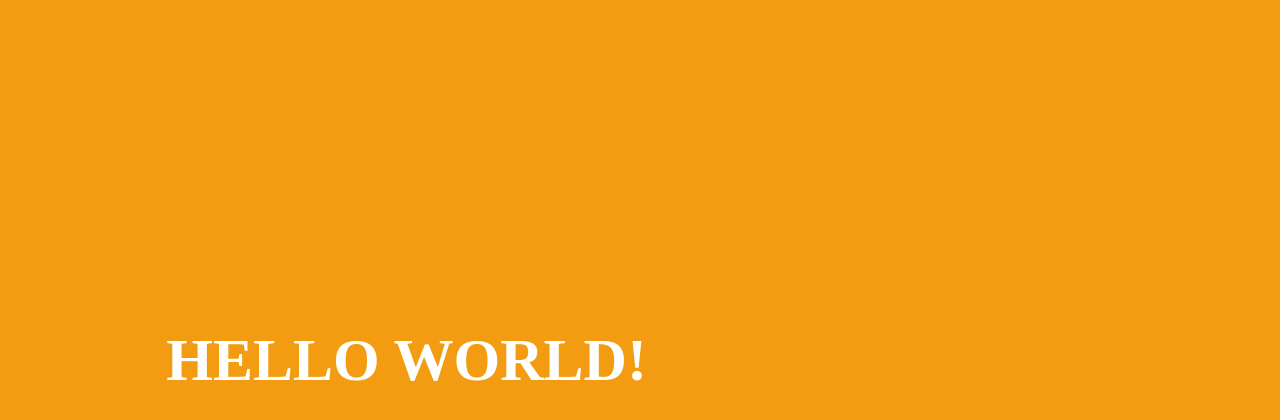
Repository: phong121020/Text-Animation
Page: assets/index.html
These files come from the project's save history. The page is drawn as it stood at one moment and after the next save; the edit follows.
The browser window is 1280 px wide. The pictures show the whole page.

Above is the page before, as saved 2022-03-11 18:24:56.

### assets/index.html
<!DOCTYPE html>
<html lang="en">
  <head>
    <meta charset="UTF-8" />
    <meta http-equiv="X-UA-Compatible" content="IE=edge" />
    <meta name="viewport" content="width=device-width, initial-scale=1.0" />
    <link rel="stylesheet" href="./style.css" />
    <link rel="stylesheet" href="./reset.css" />
    <title>Document</title>
  </head>
  <body>
    <h1>HELLO WORLD!</h1>
    <script src="./app.js"></script>
  </body>
</html>

### assets/style.css
* {
  padding: 0;
  margin: 0;
  box-sizing: border-box;
}
body {
  height: 100vh;
  width: 100vw;
  display: flex;
  justify-content: center;
  align-items: center;
  background-color: #f39c12;
}
h1 {
  font-size: 60px;
  color: #fff;
}
span {
  opacity: 0;
  transition: all 1s ease;
  transform: translateY(-40px);
  display: inline-block;
}
span.fade {
  opacity: 1;
  transform: translateY(0);
}

### assets/app.js
const text = document.querySelector("h1");
const strText = text.textContent;
const splitText = strText.split("");
console.log(splitText);

for (let i = 0; i < splitText.length; i++) {
  text.innerHTML += "<span> " + splitText[i] + "</span>";
}

// const text = document.querySelector("h1");
// const strText = text.textContent;
// const splitText = strText.split("");
// console.log(splitText);

// text.textContent = "";
// for (let i = 0; i < splitText.length; i++) {
//   text.innerHTML += "<span> " + splitText[i] + "</span>";
// }

// let char = 0;
// let timer = setInterval(onTick, 50);
// function onTick() {
//   const span = text.querySelectorAll("span")[char];
//   span.classList.add("fade");
//   char++;
//   if (char === splitText.length) {
//     complete();
//     return;
//   }
// }

// function complete() {
//   clearInterval(timer);
//   timer = null;
// }

Loaded but not shown: assets/reset.css (common file)

After the next save:
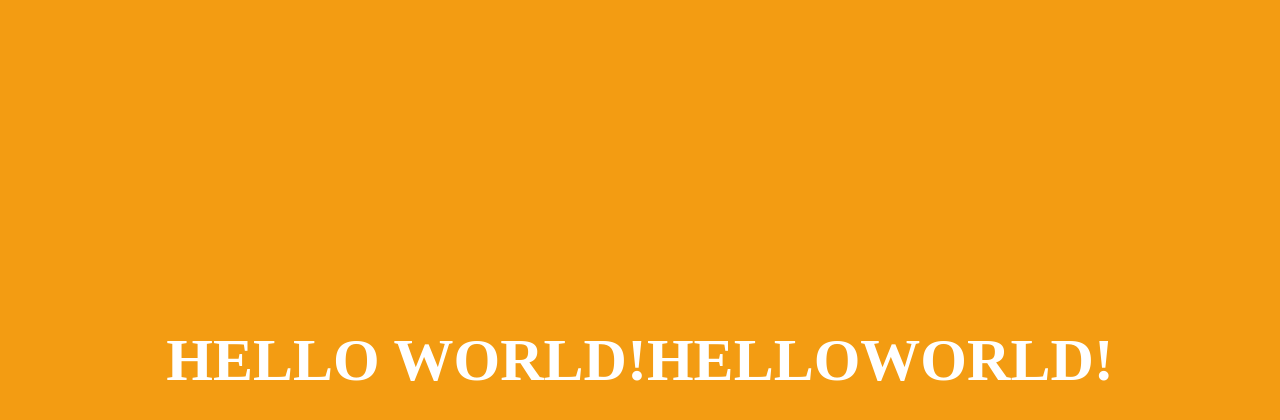
Console error: TypeError: Cannot read properties of undefined (reading 'classList')
Saved 2 min 23 s later.
--- a/assets/app.js
+++ b/assets/app.js
@@ -7,6 +7,13 @@
   text.innerHTML += "<span> " + splitText[i] + "</span>";
 }
 
+let char = 0;
+let timer = setInterval(onTick, 50);
+function onTick() {
+  const span = text.querySelectorAll("span")[char];
+  span.classList.add("fade");
+  char++;
+}
 // const text = document.querySelector("h1");
 // const strText = text.textContent;
 // const splitText = strText.split("");

After the 3 saves that followed:
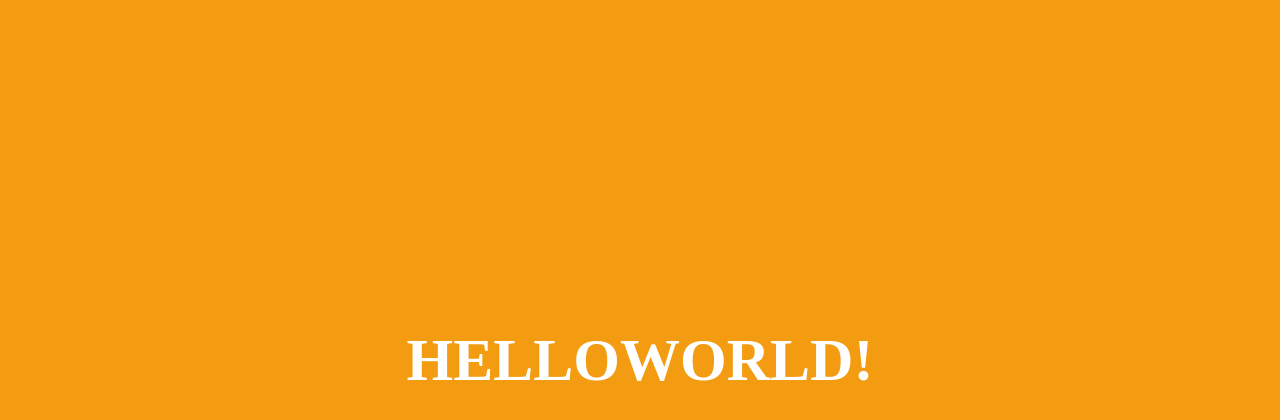
The error is gone.
The 3 saves are shown as one change because 2 left the picture as it was.
The last was saved 73 s later.
--- a/assets/app.js
+++ b/assets/app.js
@@ -2,7 +2,7 @@
 const strText = text.textContent;
 const splitText = strText.split("");
 console.log(splitText);
-
+text.textContent = "";
 for (let i = 0; i < splitText.length; i++) {
   text.innerHTML += "<span> " + splitText[i] + "</span>";
 }
@@ -13,6 +13,14 @@
   const span = text.querySelectorAll("span")[char];
   span.classList.add("fade");
   char++;
+  if (char === splitText.length) {
+    complete();
+    return;
+  }
+}
+function complete() {
+  clearInterval(timer);
+  timer = null;
 }
 // const text = document.querySelector("h1");
 // const strText = text.textContent;
